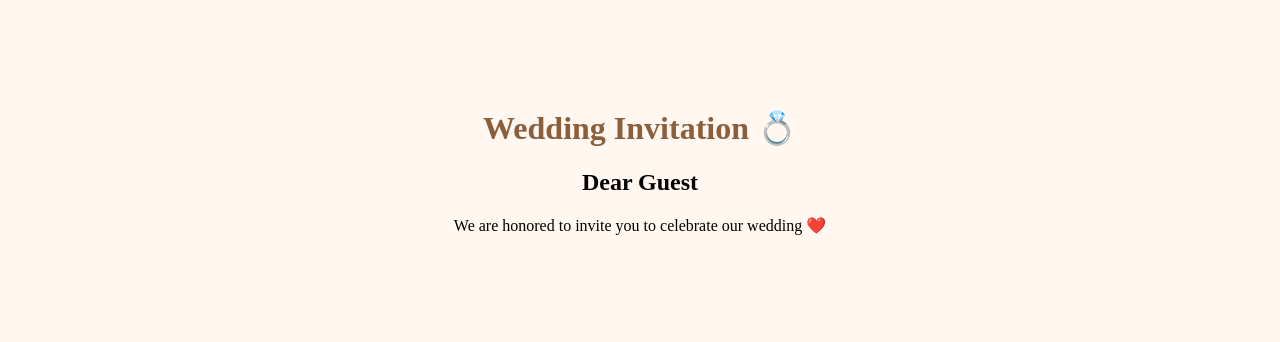
Repository: Kimrith/weeding
Page: index.html
An editor plug-in stored every save of this project. The page is shown before and after the next save, followed by the edit.
The browser window is 1280 px wide. The pictures show the whole page.

Above is the page before, as saved 2026-02-02 01:26:58.

### index.html
<!doctype html>
<html>
  <head>
    <meta charset="UTF-8" />
    <title>Wedding Invitation</title>
    <style>
      body {
        font-family: serif;
        text-align: center;
        background: #fff7f0;
        padding-top: 80px;
      }
      h1 {
        color: #8b5e3c;
      }
    </style>
  </head>
  <body>
    <h1>Wedding Invitation 💍</h1>
    <h2 id="guest">Loading...</h2>

    <p>We are honored to invite you to celebrate our wedding ❤️</p>

    <script>
      const params = new URLSearchParams(window.location.search);
      const id = parseInt(params.get("id"));

      fetch("users.json")
        .then((res) => res.json())
        .then((data) => {
          console.log(data);
          const guest = data.user.find((u) => u.id === id);

          if (guest) {
            document.getElementById("guest").textContent = "Dear " + guest.name;
          } else {
            document.getElementById("guest").textContent = "Dear Guest";
          }
        });
    </script>
  </body>
</html>

### users.json
{
  "user": [
    {
      "id": 1,
      "name": "Peter"
    },
    {
      "id": 2,
      "name": "kimith"
    },
    {
      "id": 3,
      "name": "Lika"
    }
  ]
}

After the next save:
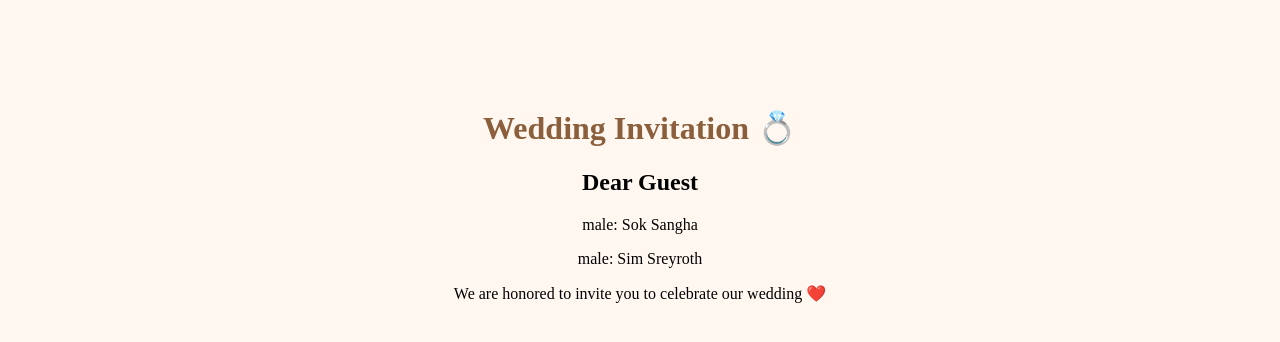
Saved 44 s later.
--- a/index.html
+++ b/index.html
@@ -18,6 +18,8 @@
   <body>
     <h1>Wedding Invitation 💍</h1>
     <h2 id="guest">Loading...</h2>
+    <p>male: Sok Sangha</p>
+    <p>male: Sim Sreyroth</p>
 
     <p>We are honored to invite you to celebrate our wedding ❤️</p>
 
